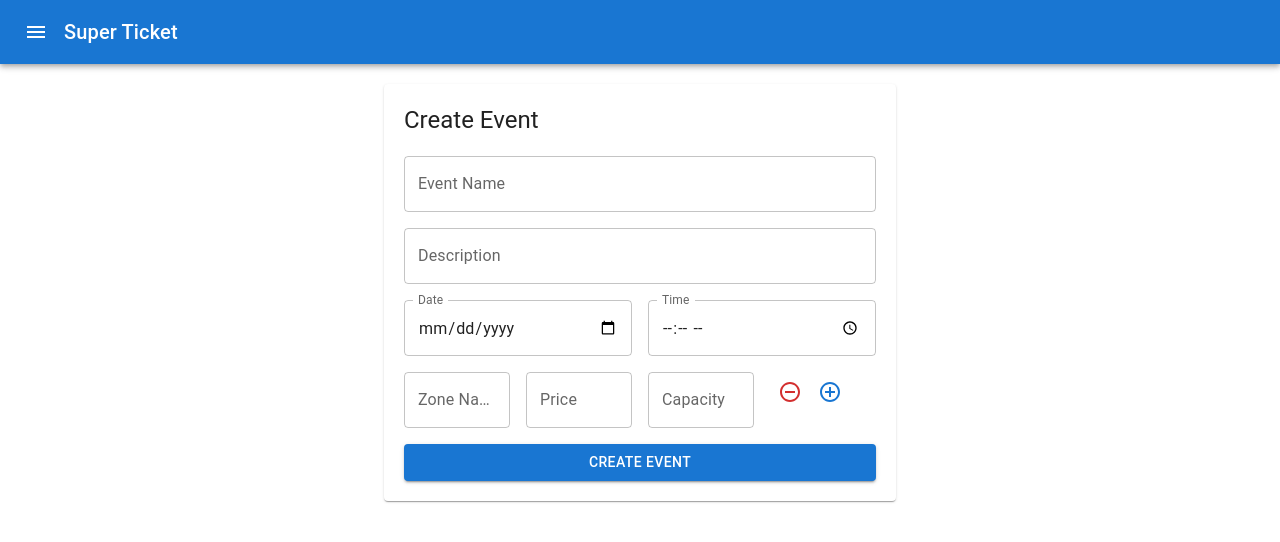
Repository: ferugarte/superticket
Page: /create-event (app in frontend/)
An editor plug-in stored every save of this project. The page is shown before and after the next save, followed by the edit.
The browser window is 1280 px wide. The pictures show the whole page.
The project was rebuilt for these pictures with package versions that can differ from the ones it lists, and the page was loaded fresh each time. Also part of the build but not shown: frontend/src/components/EventList.jsx, frontend/src/components/EventDetail.jsx, frontend/src/components/TicketList.jsx, frontend/src/components/AssignTicket.jsx, frontend/src/services/api.js, frontend/src/components/VerifyTicket.jsx.

Above is the page before, as saved 2024-04-15 15:53:28.

### frontend/src/App.js
// src/App.js
import React from 'react';
import { ThemeProvider } from '@mui/material/styles';
import theme from './theme';
import RouterComponent from './RouterComponent'; // This will handle all routing

function App() {
  return (
    <ThemeProvider theme={theme}>
      <RouterComponent />
    </ThemeProvider>
  );
}

export default App;

### frontend/src/theme.js
// src/theme.js
import { createTheme } from '@mui/material/styles';

const theme = createTheme({
  components: {
    MuiCssBaseline: {
      styleOverrides: `
        form {
          width: 40%;       // Set the width of the form
          margin: 0 auto;   // Center the form horizontally
        }
      `
    }
  }
});

export default theme;

### frontend/src/RouterComponent.js
// src/RouterComponent.js
import React from 'react';
import { BrowserRouter, Routes, Route } from 'react-router-dom';
import Header from './components/Header';
import EventList from './components/EventList';
import EventDetail from './components/EventDetail';
import CreateEvent from './components/CreateEvent';
import TicketList from './components/TicketList';
import AssignTicket from './components/AssignTicket';
import VerifyTicket from './components/VerifyTicket';

function RouterComponent() {
  return (
    <BrowserRouter>
      <Header />
      <Routes>
        <Route path="/" element={<EventList />} />
        <Route path="/events/:id" element={<EventDetail />} />
        <Route path="/create-event" element={<CreateEvent />} />
        <Route path="/tickets" element={<TicketList />} />
        <Route path="/assign-ticket" element={<AssignTicket />} />
        <Route path="/verify-ticket" element={<VerifyTicket />} />
      </Routes>
    </BrowserRouter>
  );
}

export default RouterComponent;

### frontend/src/components/Header.jsx
// src/components/Header.jsx
import React, { useState } from 'react';
import { AppBar, Toolbar, Typography, Icon, Drawer, List, ListItem, ListItemIcon, ListItemText, styled } from '@mui/material';
import MenuIcon from '@mui/icons-material/Menu';
import HomeIcon from '@mui/icons-material/Home';
import EventIcon from '@mui/icons-material/Event';
import CreateIcon from '@mui/icons-material/Create';
import ListAltIcon from '@mui/icons-material/ListAlt';
import VerifiedUserIcon from '@mui/icons-material/VerifiedUser';
import { Link as RouterLink } from 'react-router-dom';

const StyledToolbar = styled(Toolbar)({
    justifyContent: 'space-between',
});

const Header = () => {
    const [isDrawerOpen, setIsDrawerOpen] = useState(false);

    const toggleDrawer = (open) => (event) => {
        if (event.type === 'keydown' && (event.key === 'Tab' || event.key === 'Shift')) {
            return;
        }
        setIsDrawerOpen(open);
    };

    return (
        <>
            <AppBar position="static">
                <StyledToolbar>
                    <Icon
                        edge="start"
                        color="inherit"
                        aria-label="menu"
                        onClick={toggleDrawer(true)}
                        sx={{ mr: 2 }}
                    >
                        <MenuIcon />
                    </Icon>
                    <Typography variant="h6" component={RouterLink} to="/" sx={{ flexGrow: 1, textDecoration: 'none', color: 'inherit' }}>
                        Super Ticket
                    </Typography>
                </StyledToolbar>
            </AppBar>
            <Drawer
                anchor="left"
                open={isDrawerOpen}
                onClose={toggleDrawer(false)}
            >
                <List>
                    <ListItem  component={RouterLink} to="/" onClick={toggleDrawer(false)}>
                        <ListItemIcon><HomeIcon /></ListItemIcon>
                        <ListItemText primary="Home" />
                    </ListItem>
                    <ListItem  component={RouterLink} to="/events" onClick={toggleDrawer(false)}>
                        <ListItemIcon><EventIcon /></ListItemIcon>
                        <ListItemText primary="Events" />
                    </ListItem>
                    <ListItem  component={RouterLink} to="/create-event" onClick={toggleDrawer(false)}>
                        <ListItemIcon><CreateIcon /></ListItemIcon>
                        <ListItemText primary="Create Event" />
                    </ListItem>
                    <ListItem  component={RouterLink} to="/ticket-list" onClick={toggleDrawer(false)}>
                        <ListItemIcon><ListAltIcon /></ListItemIcon>
                        <ListItemText primary="Ticket List" />
                    </ListItem>
                    <ListItem  component={RouterLink} to="/assign-ticket" onClick={toggleDrawer(false)}>
                        <ListItemIcon><VerifiedUserIcon /></ListItemIcon>
                        <ListItemText primary="Assign Ticket" />
                    </ListItem>
                    <ListItem  component={RouterLink} to="/verify-ticket" onClick={toggleDrawer(false)}>
                        <ListItemIcon><VerifiedUserIcon /></ListItemIcon>
                        <ListItemText primary="Verify Ticket" />
                    </ListItem>
                    {/* Add more navigation links as needed */}
                </List>
            </Drawer>
        </>
    );
};

export default Header;

### frontend/src/components/CreateEvent.jsx
import React, { useState } from 'react';
import axios from 'axios';
import { Button, TextField, Paper, Typography, Grid, IconButton, Container } from '@mui/material';
import AddCircleOutlineIcon from '@mui/icons-material/AddCircleOutline';
import RemoveCircleOutlineIcon from '@mui/icons-material/RemoveCircleOutline';

function CreateEvent() {
    const [eventName, setEventName] = useState('');
    const [description, setDescription] = useState('');
    const [date, setDate] = useState('');
    const [time, setTime] = useState('');
    const [zones, setZones] = useState([
        { name: '', price: '', capacity: '' }
    ]);

    const handleAddZone = () => {
        setZones([...zones, { name: '', price: '', capacity: '' }]);
    };

    const handleRemoveZone = (index) => {
        const list = [...zones];
        list.splice(index, 1);
        setZones(list);
    };

    const handleChangeZone = (index, event) => {
        const { name, value } = event.target;
        const list = [...zones];
        list[index][name] = value;
        setZones(list);
    };

    const handleSubmit = (e) => {
        e.preventDefault();
        const eventData = {
            name: eventName,
            description,
            date,
            time,
            zones
        };
        axios.post('http://localhost:3000/api/events', eventData)
            .then(() => alert('Event created successfully!'))
            .catch(error => alert('Error creating event:', error));
    };

    return (
        <Container maxWidth="sm">
        <Paper style={{ padding: 20, margin: '20px' }}>
            <Typography variant="h5" component="h3" style={{ marginBottom: 20 }}>
                Create Event
            </Typography>
            <form onSubmit={handleSubmit}>
                <Grid container spacing={2}>
                    <Grid item xs={12}>
                        <TextField
                            label="Event Name"
                            value={eventName}
                            onChange={e => setEventName(e.target.value)}
                            fullWidth
                        />
                    </Grid>
                    <Grid item xs={12}>
                        <TextField
                            label="Description"
                            value={description}
                            onChange={e => setDescription(e.target.value)}
                            fullWidth
                        />
                    </Grid>
                    <Grid item xs={6}>
                        <TextField
                            label="Date"
                            type="date"
                            value={date}
                            onChange={e => setDate(e.target.value)}
                            fullWidth
                            InputLabelProps={{ shrink: true }}
                        />
                    </Grid>
                    <Grid item xs={6}>
                        <TextField
                            label="Time"
                            type="time"
                            value={time}
                            onChange={e => setTime(e.target.value)}
                            fullWidth
                            InputLabelProps={{ shrink: true }}
                        />
                    </Grid>
                    {zones.map((zone, index) => (
                        <React.Fragment key={index}>
                            <Grid item xs={3}>
                                <TextField
                                    label="Zone Name"
                                    name="name"
                                    value={zone.name}
                                    onChange={e => handleChangeZone(index, e)}
                                    fullWidth
                                />
                            </Grid>
                            <Grid item xs={3}>
                                <TextField
                                    label="Price"
                                    name="price"
                                    type="number"
                                    value={zone.price}
                                    onChange={e => handleChangeZone(index, e)}
                                    fullWidth
                                />
                            </Grid>
                            <Grid item xs={3}>
                                <TextField
                                    label="Capacity"
                                    name="capacity"
                                    type="number"
                                    value={zone.capacity}
                                    onChange={e => handleChangeZone(index, e)}
                                    fullWidth
                                />
                            </Grid>
                            <Grid item xs={3}>
                                <IconButton onClick={() => handleRemoveZone(index)} color="error">
                                    <RemoveCircleOutlineIcon />
                                </IconButton>
                                {index === zones.length - 1 && (
                                    <IconButton onClick={handleAddZone} color="primary">
                                        <AddCircleOutlineIcon />
                                    </IconButton>
                                )}
                            </Grid>
                        </React.Fragment>
                    ))}
                    <Grid item xs={12}>
                        <Button type="submit" variant="contained" color="primary" fullWidth>
                            Create Event
                        </Button>
                    </Grid>
                </Grid>
            </form>
        </Paper>
        </Container>
    );
}

export default CreateEvent;

Loaded but not shown: frontend/public/index.html (common file); frontend/src/index.js (common file); frontend/src/index.css (common file); frontend/src/reportWebVitals.js (common file)

After the next save:
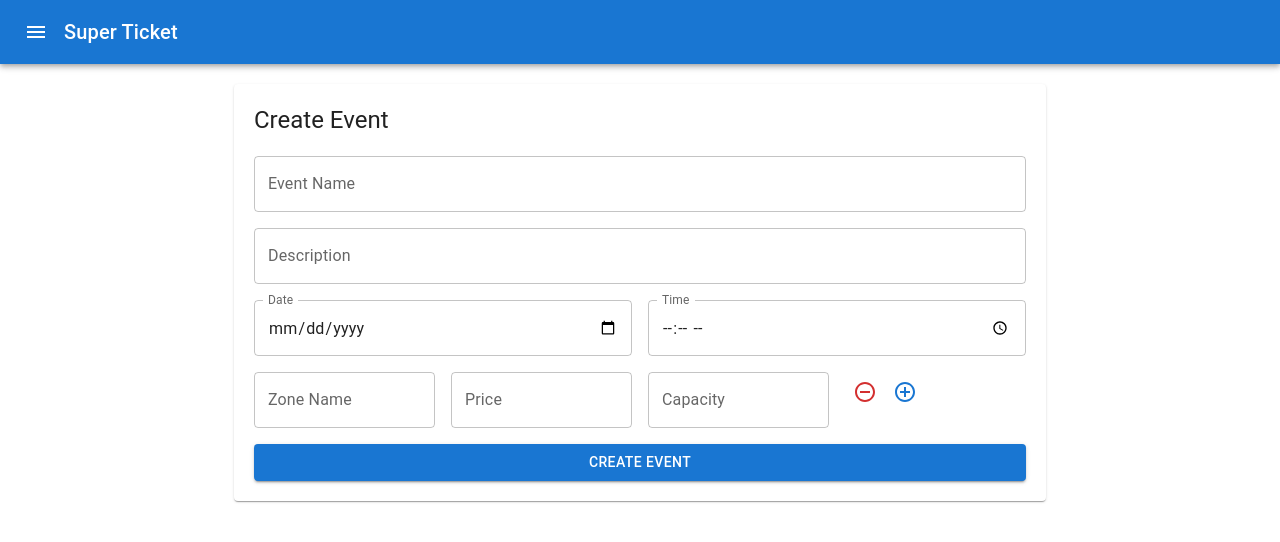
Saved 34 s later.
--- a/frontend/src/components/CreateEvent.jsx
+++ b/frontend/src/components/CreateEvent.jsx
@@ -45,7 +45,7 @@ function CreateEvent() {
     };
 
     return (
-        <Container maxWidth="sm">
+        <Container maxWidth="md">
         <Paper style={{ padding: 20, margin: '20px' }}>
             <Typography variant="h5" component="h3" style={{ marginBottom: 20 }}>
                 Create Event
